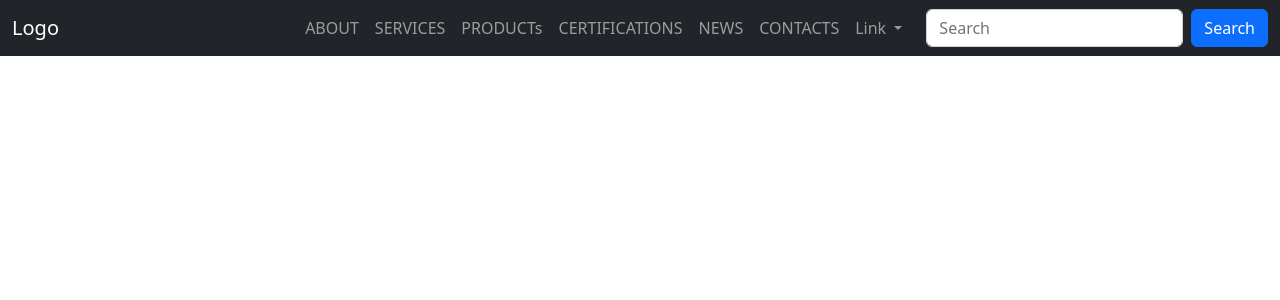
Repository: nourHellani/Buckler
Page: index.html
The author's editor kept a copy of each file at every save. The page is drawn from the files as they stood at one save, then again after the next save.
The browser window is 1280 px wide. The pictures show the whole page.

Above is the page before, as saved 2023-02-13 11:05:35.

### index.html
<!DOCTYPE html>
<html lang="en">
<head>
    <meta charset="UTF-8">
    <meta http-equiv="X-UA-Compatible" content="IE=edge">
    <meta name="viewport" content="width=device-width, initial-scale=1.0">
    <link href="https://cdn.jsdelivr.net/npm/bootstrap@5.2.3/dist/css/bootstrap.min.css" rel="stylesheet">
    <script src="https://cdn.jsdelivr.net/npm/bootstrap@5.2.3/dist/js/bootstrap.bundle.min.js"></script>

    <title>Buckler</title>
</head>
<body>

    <nav class="navbar navbar-expand-sm navbar-dark bg-dark">
        <div class="container-fluid">
          <a class="navbar-brand" href="javascript:void(0)">Logo</a>
          <button class="navbar-toggler" type="button" data-bs-toggle="collapse" data-bs-target="#mynavbar">
            <span class="navbar-toggler-icon"></span>
          </button>

            <form class="d-flex">
                <div class="collapse navbar-collapse" id="mynavbar">
                    <ul class="navbar-nav me-auto">
                      <li class="nav-item">
                        <a class="nav-link" href="javascript:void(0)">ABOUT</a>
                      </li>
                      <li class="nav-item">
                        <a class="nav-link" href="javascript:void(0)">SERVICES</a>
                      </li>
                      <li class="nav-item">
                        <a class="nav-link" href="javascript:void(0)">PRODUCTs</a>
                      </li>
                      <li class="nav-item">
                        <a class="nav-link" href="javascript:void(0)">CERTIFICATIONS</a>
                      </li>
                      <li class="nav-item">
                        <a class="nav-link" href="javascript:void(0)">NEWS</a>
                      </li>
                      <li class="nav-item">
                        <a class="nav-link" href="javascript:void(0)">CONTACTS</a>
                      </li>
                      <li class="nav-item dropdown">
                        <a class="nav-link dropdown-toggle" href="#" id="navbarScrollingDropdown" role="button" data-bs-toggle="dropdown" aria-expanded="false">
                          Link
                        </a>
                        <ul class="dropdown-menu" aria-labelledby="navbarScrollingDropdown">
                          <li><a class="dropdown-item" href="#">ENGLISH</a></li>
                          <li><a class="dropdown-item" href="#">ARABIC</a></li>
                        </ul>
                      </li>
                      <li class="nav-item">
                        <a class="nav-link" href="javascript:void(0)"><i class="fa fa-search"></i></a>
                      </li>

                    </ul>
              <input class="form-control me-2" type="text" placeholder="Search">
              <button class="btn btn-primary" type="button">Search</button>
            </form>
          </div>
        </div>
      </nav>

</body>
</html>

After the next save:
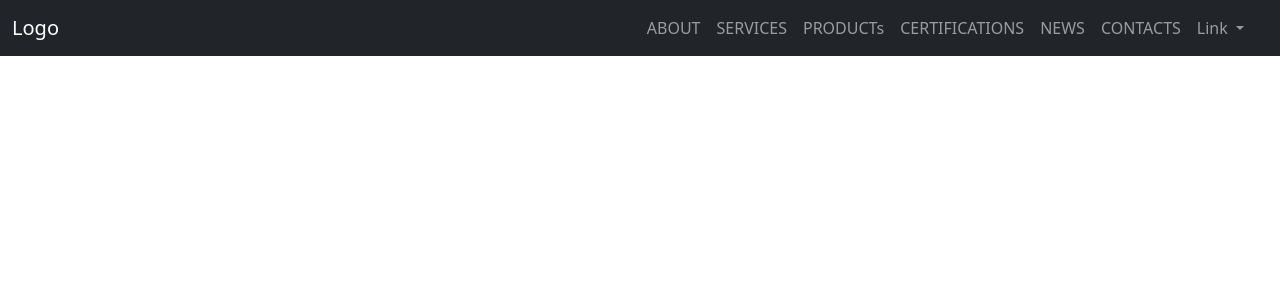
Saved 21 s later.
--- a/index.html
+++ b/index.html
@@ -53,8 +53,6 @@
                       </li>
 
                     </ul>
-              <input class="form-control me-2" type="text" placeholder="Search">
-              <button class="btn btn-primary" type="button">Search</button>
             </form>
           </div>
         </div>
